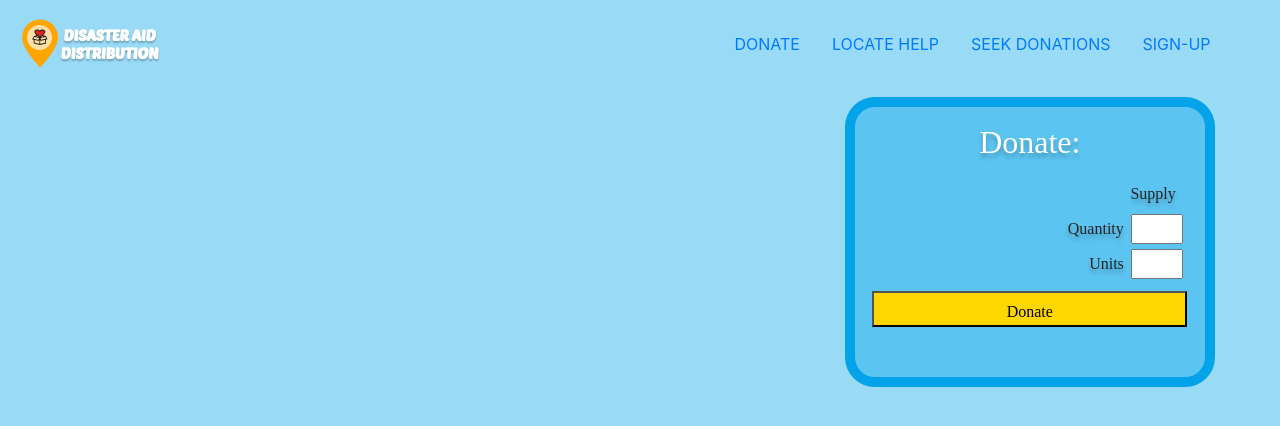
Repository: uprm-inso-4115-2019-2020-S2/semester-project-inso4115-DisasterAid-backend
Page: /donate-modal (app in disaster-aid/)
An editor plug-in stored every save of this project. The page is shown before and after the next save, followed by the edit.
The browser window is 1280 px wide. The pictures show the whole page.
The project was rebuilt for these pictures with package versions that can differ from the ones it lists, and the page was loaded fresh each time. Also part of the build but not shown: disaster-aid/angular.json, disaster-aid/src/app/login/login.component.ts, disaster-aid/src/app/register/register.component.ts, disaster-aid/src/app/home/home.component.ts, disaster-aid/src/app/landing-page/landing-page.component.ts, disaster-aid/src/app/donations/donations.component.ts, disaster-aid/src/app/donations.service.ts.

Above is the page before, as saved 2020-05-08 04:42:41.

### disaster-aid/src/index.html
<!doctype html>
<html lang="en">
<head>
  <meta charset="utf-8">
  <title>DisasterAid</title>
  <base href="/">
  <meta name="viewport" content="width=device-width, initial-scale=1">
  <link rel="icon" type="image/x-icon" href="favicon.ico">
</head>
<body>
  <app-root></app-root>
</body>
</html>

### disaster-aid/src/styles.css
/* You can add global styles to this file, and also import other style files */

html { background-color:rgba(2, 163, 232, 0.4); }

### disaster-aid/src/app/app.module.ts
import { BrowserModule } from '@angular/platform-browser';
import { NgModule } from '@angular/core';
import { FormsModule, ReactiveFormsModule } from '@angular/forms';



import { AppRoutingModule } from './app-routing.module';
import { AppComponent } from './app.component';
import { RegisterComponent } from './register/register.component';
import { LoginComponent } from './login/login.component';
import { HttpClientModule } from '@angular/common/http';
import { HomeComponent } from './home/home.component'
import { UserApiService } from './userapi.service';
import { LandingPageComponent } from './landing-page/landing-page.component';
import { DonationsComponent } from './donations/donations.component';


@NgModule({
  declarations: [
    AppComponent,
    RegisterComponent,
    LoginComponent,
    HomeComponent,
    LandingPageComponent,
    DonationsComponent,
  ],
  imports: [
    BrowserModule,
    AppRoutingModule,
    FormsModule,
    ReactiveFormsModule,
    HttpClientModule
  ],
  providers: [UserApiService],
  bootstrap: [AppComponent]
})
export class AppModule { }

### disaster-aid/src/app/app-routing.module.ts
import { NgModule } from '@angular/core';
import { Routes, RouterModule } from '@angular/router';
import {LoginComponent} from './login/login.component';
import { RegisterComponent } from './register/register.component';
import { HomeComponent } from './home/home.component';
import { LandingPageComponent } from './landing-page/landing-page.component';
import { DonationsComponent } from './donations/donations.component';
import { DonateModalComponent} from './donate-modal/donate-modal.component';


const routes: Routes = [
  { path: '', redirectTo: '/landing_page', pathMatch: 'full'}, //Make home the default landing page
  { path: 'register', component: RegisterComponent},
  { path: 'login', component: LoginComponent },
  { path: 'home', component: HomeComponent},
  { path: 'landing_page', component: LandingPageComponent },
  { path: 'my-donations', component: DonationsComponent },
  { path: 'donate-modal', component: DonateModalComponent},

];

@NgModule({
  imports: [RouterModule.forRoot(routes)],
  exports: [RouterModule]
})
export class AppRoutingModule { }

### disaster-aid/src/app/app.component.ts
import { Component } from '@angular/core';

@Component({
  selector: 'app-root',
  templateUrl: './app.component.html',
  styleUrls: ['./app.component.css']
})
export class AppComponent {
  title = 'disaster-aid';
}

### disaster-aid/src/app/userapi.service.ts
import { Injectable } from '@angular/core';
import { HttpClient, HttpErrorResponse, HttpHeaders } from '@angular/common/http';
import { User } from './user';
import { Observable, throwError } from 'rxjs';
import { catchError } from 'rxjs/operators';


@Injectable({
  providedIn: 'root'
})
export class UserApiService {

  constructor(private httpClient:HttpClient) { }

  private _handleError(error: HttpErrorResponse | any) {
    let data = {};
                data = {
                    reason: error && error.error.reason ? error.error.reason : '',
                    status: error.status
                };
                console.error(data);
                return throwError(error);
  }

    public server:String = " http://localhost:5000/";

   public getUsers() : Observable<User[]> {
     return this.httpClient
     .get<User[]>(this.server + "DAD/users")
     .pipe(catchError (this._handleError));
   }

   public getUser(userID : String): Observable<User> {
    return this.httpClient
    .get<User>(this.server + `DAD/users/${userID}`)
    .pipe(catchError (this._handleError));
  }

  public createUser(user: User): Observable<any> {

    const httpOptions = {
      headers: new HttpHeaders ({
        'Content-Type':'application/json',
        'Accept': 'application/json'
      })
    };
    return this.httpClient
    .post(this.server + "DAD/users", user, httpOptions)
    .pipe(catchError (this._handleError));;
  }


}

### disaster-aid/src/app/donate-modal/donate-modal.component.ts
import { Component, OnInit } from '@angular/core';

@Component({
  selector: 'app-donate-modal',
  templateUrl: './donate-modal.component.html',
  styleUrls: ['./donate-modal.component.css']
})
export class DonateModalComponent implements OnInit {

  constructor() { }

  ngOnInit(): void {
  }

}

### disaster-aid/src/app/donate-modal/donate-modal.component.html
<nav class="navbar navbar-light" style="background-color: rgba(2, 163, 232, 0.4);">
    <a class="navbar-brand mr-1" href="#"><img src="/assets/DAD_logo.png" style="width: 50%;"></a>
    <ul class="nav navbar-justified navbar-right ml-auto" style="margin-right: 3%;">
        <li class="nav-item">
            <a class="nav-link menuItem" routerLink="/my-donations"  >DONATE</a>
        </li>
        <li class="nav-item">
            <a class="nav-link menuItem"  href="#">LOCATE HELP</a>
        </li>
        <li class="nav-item">
            <a class="nav-link menuItem" href="#">SEEK DONATIONS</a>
        </li>
        <li class="nav-item">
            <a class="nav-link menuItem"  routerLink="/register" routerLinkActive="active">SIGN-UP</a>
        </li>
    </ul>
</nav>

<div class="donateBox">
    <p style="font-size: xx-large; text-align: center; padding-top: 3%; color: white;">Donate:</p>
    <!-- <form [formGroup]="loginForm" (ngSubmit)="onSubmit(loginForm.value)"> -->
        <div style="text-align: right; padding-right: 22px;">
            <div>
                <label for="Supply" style="padding-right: 7px;">Supply</label>
                <select id="supply" name="supply" class="select">
                    <option value="water">water</option>
                    <option value="food">food</option>
                    <option value="medicine">medicine</option>
                    <option value="clothing">clothing</option>

                </select>
            </div>
            <div>
                <label for="quantity" style="padding-right: 7px;">Quantity</label>
                <input type="number" id="quantity" name="quantity" min="1" max="5">
            </div>
            <div>
                <label for="units" style="padding-right: 7px;">Units</label>
                <input type="number" id="quantity" name="quantity" min="1" max="5">
            </div>
        </div>

        <div style="text-align: center;  padding-top: 7px;">
            <button class="donateButton" type="submit">Donate</button>
        </div>
    <!-- </form> -->

    <!-- <div style="text-align: center; padding-top: 5px; font-size: large;">
        <label style="color: white; padding-right: 5px;">Don't have an account?</label>
        <a routerLink="/register" routerLinkActive="active" style="color:#FFBC40 ;">Sign up</a>
    </div> -->

</div>

### disaster-aid/src/app/donate-modal/donate-modal.component.css
.donateBox {
    position: absolute;
    width: 370px;
    height: 290px;
    left: 66%;
    top: 97px;
    background: rgba(2, 163, 232, 0.4);
    border: 10px solid #02A3E8;
    border-radius: 30px;
    font-family: 'Fredoka One', cursive;
    font-family: 'Gochi Hand', cursive;
    text-shadow: 0px 4px 4px rgba(0, 0, 0, 0.25);
}

.donateButton{
    text-align: center;
    padding-top: 7px;
    background: gold;
    width: 90%;
}

.select{
    background-color: dodgerblue;
    display: none;
    position: relative;
    font-family: Arial;
}

Loaded but not shown: disaster-aid/src/main.ts (common file); disaster-aid/src/environments/environment.ts (common file); disaster-aid/src/app/app.component.html (common file); disaster-aid/src/app/app.component.css (no stored copy; drawn as an empty file)

After the next save:
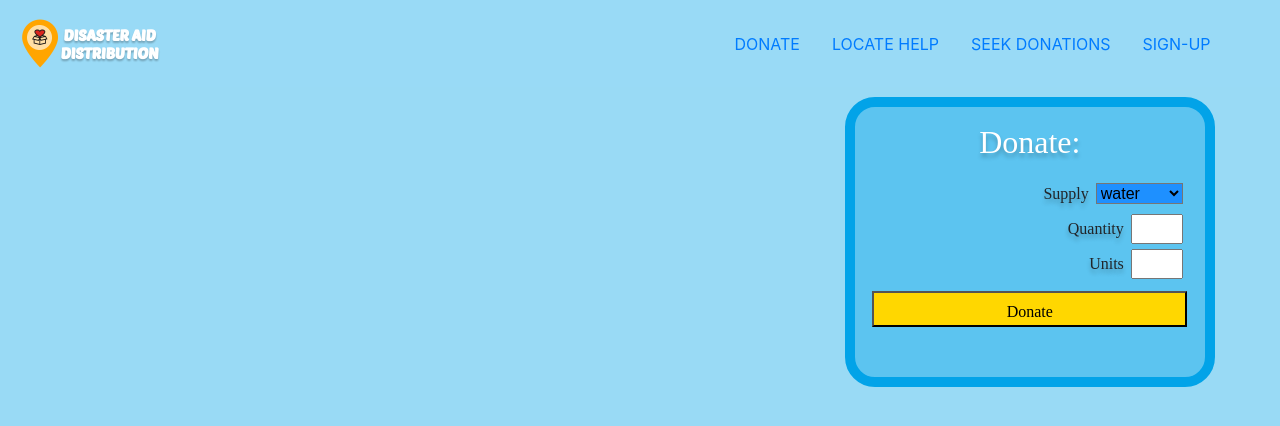
Saved 14 s later.
--- a/disaster-aid/src/app/donate-modal/donate-modal.component.css
+++ b/disaster-aid/src/app/donate-modal/donate-modal.component.css
@@ -21,7 +21,7 @@
 
 .select{
     background-color: dodgerblue;
-    display: none;
+    /* display: none; */
     position: relative;
     font-family: Arial;
 }
